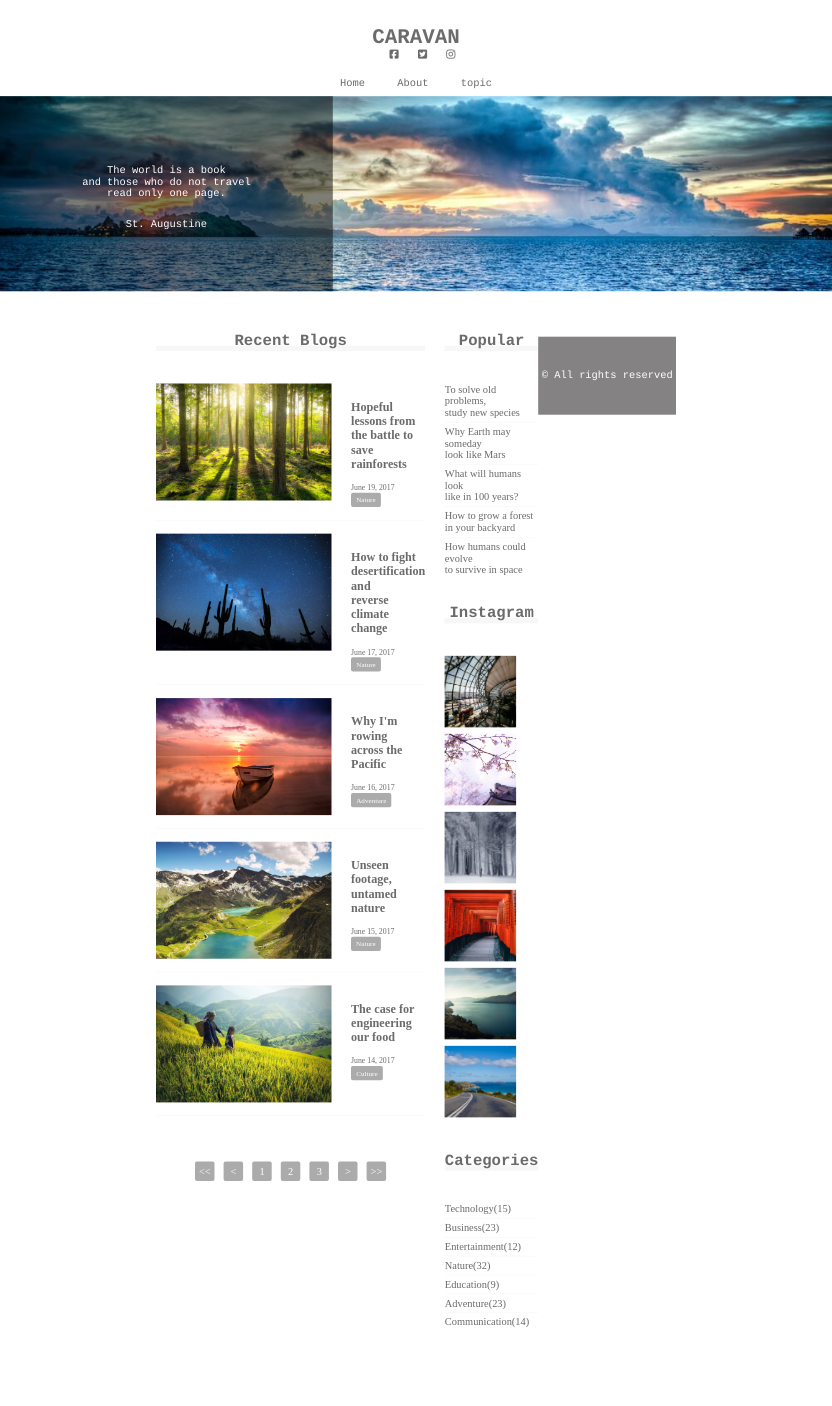
Repository: yuurisyachi/git
Page: caravan/index.html
The author's editor kept a record of every edit. The page is drawn from the files as they stood at one moment, then again after the next edit.
The browser window is 1280 px wide. The pictures show the whole page, at 65% of full size.
Some web libraries are served in a nearby version.

Above is the page before.

After the next edit:
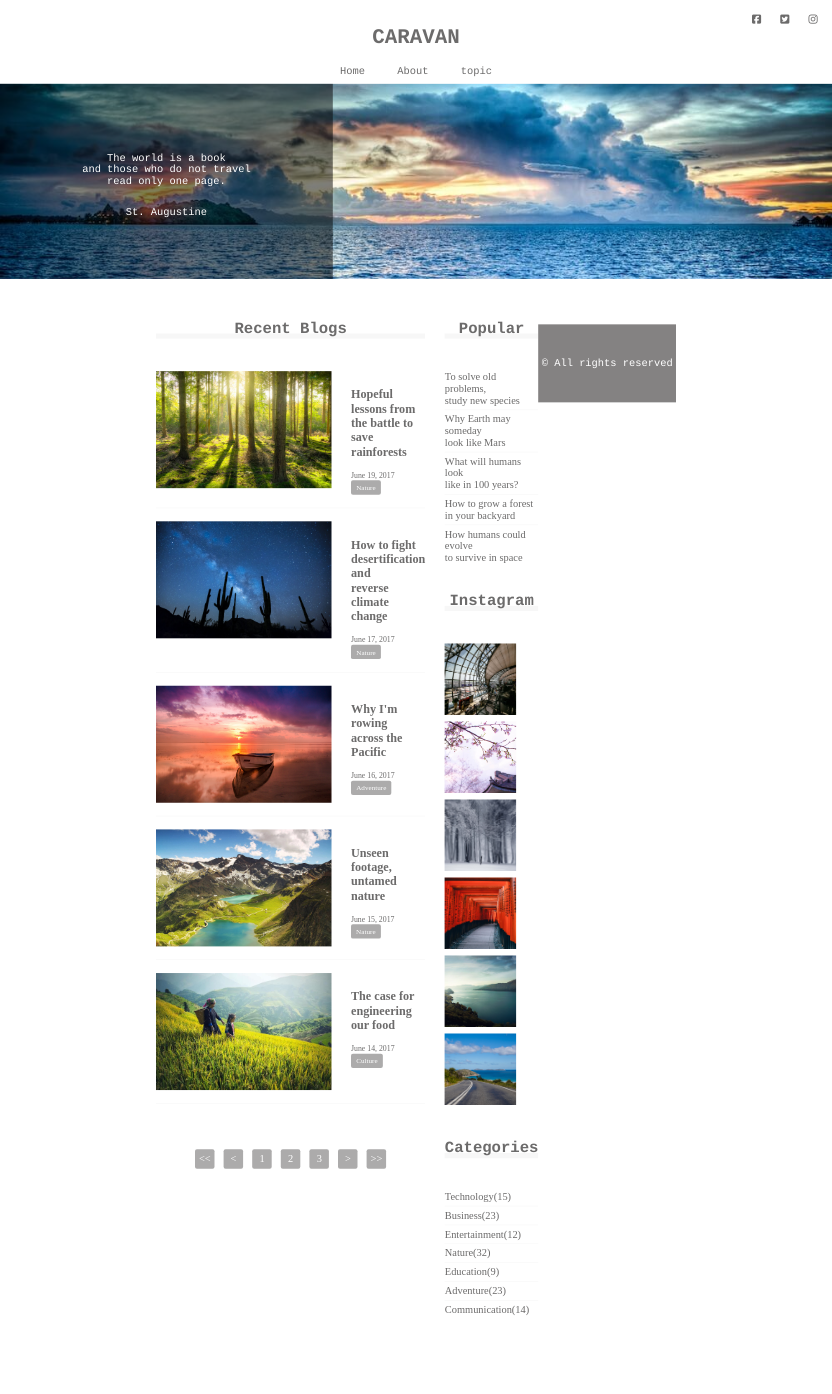
The edit:
--- a/caravan/style.css
+++ b/caravan/style.css
@@ -24,6 +24,12 @@
 .social i {
   display: inline-block;
   margin-left: 20px;
+}
+
+.social {
+  position: absolute;
+  top: 22px;
+  right: 22px;
 }
 
 header .heading {
